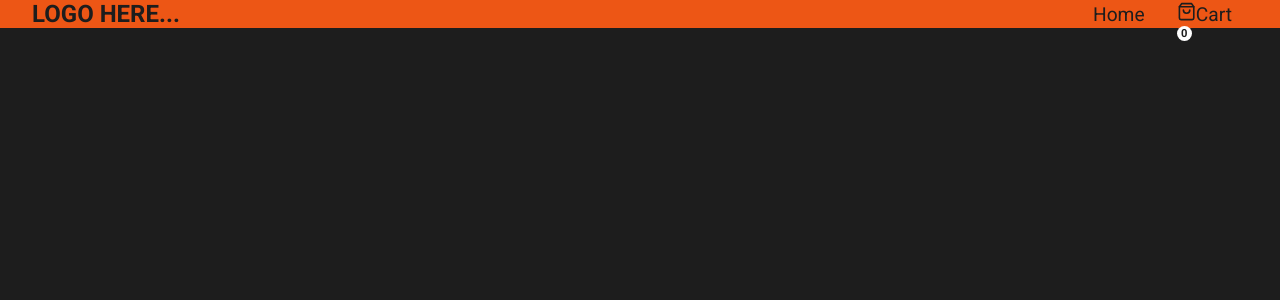
Repository: suraj-yadav7/eCommerce-Cart-React
Page: /
These files come from the project's save history. The page is drawn as it stood at one moment and after the next save; the edit follows.
The browser window is 1280 px wide. The pictures show the whole page.
The project was rebuilt for these pictures with package versions that can differ from the ones it lists, and the page was loaded fresh each time.

Above is the page before, as saved 2023-03-24 12:10:41.

### src/App.js
import "./styles/app.scss";
import { BrowserRouter as Router,Routes, Route} from "react-router-dom";
import Header from "./Components/Header"
import Home from "./Components/Home"
function App() {
  return (
<Router>
<Header/>
<Routes>
  <Route path="/" element={<Home/>}/>
</Routes>
</Router>
  );
}

export default App;

### src/styles/app.scss
@import url('https://fonts.googleapis.com/css2?family=Roboto:ital,wght@0,100;0,300;0,400;0,500;0,700;1,700&display=swap');

@import "colors";
@import "header";

*{
    margin:0;
    padding:0;
    box-sizing: border-box;
    text-decoration: none;
    font-family: "Roboto", sans-serif;
}

body{
    background-color: $primary;

}

h1{
    color: $secondary;
}

### src/Components/Header.jsx
import React from 'react'
import { Link } from 'react-router-dom'
import {FiShoppingBag} from "react-icons/fi"

const Header = () => {
  return (
 <>
 <nav>
    <h2>Logo here...</h2>
    <div>
        <Link to={"/"}>Home</Link>
        <Link to={"/cart"}><FiShoppingBag/>Cart
        <p>0</p>
        </Link>
    </div>
 </nav>

 </>
  )
}

export default Header

### src/Components/Home.jsx
import React from 'react'

const Home = () => {
  return (
    <>

    </>
  )
}

export default Home

### src/styles/colors.scss
$primary : rgb(29,29,29);
$primarydark : rgb(18,18,18);
$secondary : rgb(237,86,21);
$secondarydark : rgb(197,72,18);
$tertiary: #ffff;

### src/styles/header.scss
@import "colors";

nav{
    background-color: $secondary;
    display: flex;
    justify-content: space-between;
    padding: 0 2rem;

    >h2{
        text-transform: uppercase;
        color: $primary;
    }
    >div{
        display: flex;
        align-items: center;

    >a{
            color:$primary;
            font-size: 1.2rem;
            margin: 0 1rem;
            transition: all 0.3s;
            &:hover{
                opacity: 0.5;
            }
            >p{
                position:absolute;
                background-color: $tertiary;
                border-radius: 50%;
                width: 15px;
                height: 15px;
                font: 900 0.7rem "Roboto";
                display: grid;
                place-items: center;
            }
        }
    }


}

Loaded but not shown: public/index.html (common file); src/index.js (common file)

After the next save:
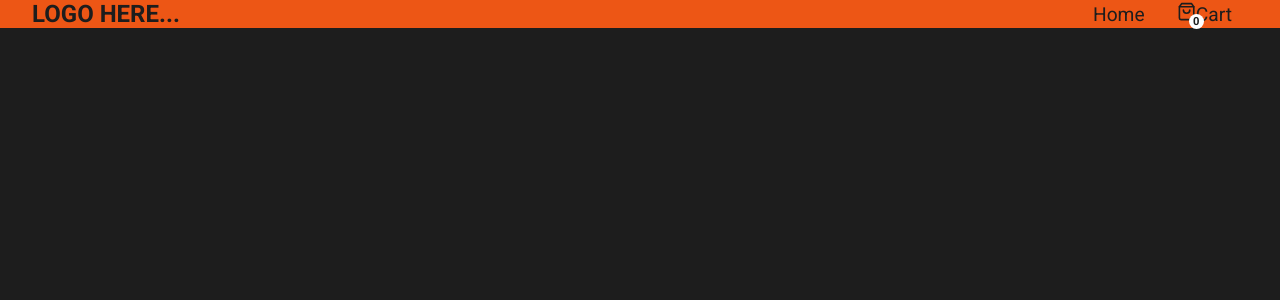
Saved 32 h 33 min later.
--- a/src/styles/header.scss
+++ b/src/styles/header.scss
@@ -31,6 +31,7 @@
                 font: 900 0.7rem "Roboto";
                 display: grid;
                 place-items: center;
+                transform: translate(80%, -80%);
             }
         }
     }
